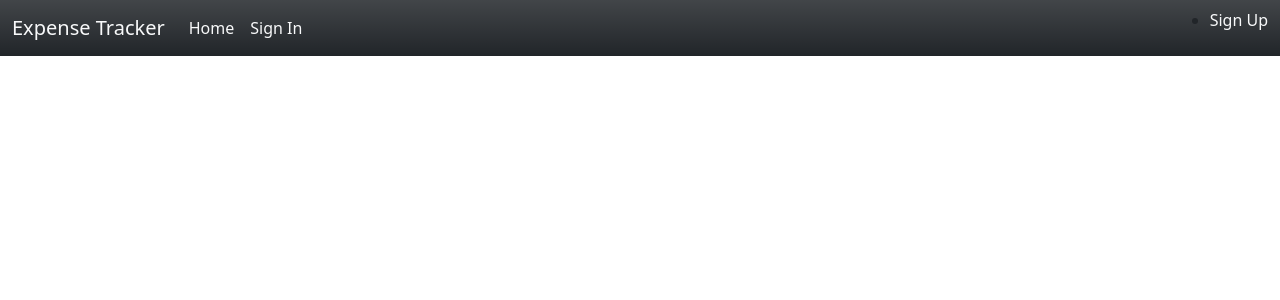
Repository: Gaurav560/OnlineExpenseTracker
Page: http://localhost/Online_Expense_Tracker/
These files come from the project's save history. The page is drawn as it stood at one moment and after the next save; the edit follows.
The browser window is 1280 px wide. The pictures show the whole page.
The page is served by Tomcat 9. Other server files are loaded and not shown.

Above is the page before, as saved 2023-05-03 20:24:12.

### Online_Expense_Tracker/src/main/webapp/index.jsp
<%@ page language="java" contentType="text/html; charset=ISO-8859-1"
	pageEncoding="ISO-8859-1"%>
<!DOCTYPE html>
<html>
<head>
<meta charset="ISO-8859-1">
<title>Insert title here</title>
<link
	href="https://cdn.jsdelivr.net/npm/bootstrap@5.3.0-alpha3/dist/css/bootstrap.min.css"
	rel="stylesheet"
	integrity="sha384-KK94CHFLLe+nY2dmCWGMq91rCGa5gtU4mk92HdvYe+M/SXH301p5ILy+dN9+nJOZ"
	crossorigin="anonymous">
</head>
<body>

	<!--Navbar starts here  -->


	<nav class="navbar navbar-expand-lg bg-dark  bg-gradient">
		<div class="container-fluid">
			<a class="navbar-brand text-light" href="#">Expense Tracker</a>
			<button class="navbar-toggler" type="button"
				data-bs-toggle="collapse" data-bs-target="#navbarSupportedContent"
				aria-controls="navbarSupportedContent" aria-expanded="false"
				aria-label="Toggle navigation">
				<span class="navbar-toggler-icon"></span>
			</button>
			<div class="collapse navbar-collapse" id="navbarSupportedContent">
				<ul class="navbar-nav me-auto mb-2 mb-lg-0">
					<li class="nav-item"><a class="nav-link active text-light"
						aria-current="page" href="#">Home</a></li>
					<li class="nav-item"><a class="nav-link active text-light" href="#">Sign In</a></li>



				</ul>
			<ul>

					<li class="nav-item  ms-auto mb-2 mb-lg-0"><a class="nav-link active text-light " href="#">Sign Up</a></li>

			</ul>

			</div>
		</div>
	</nav>
	<!-- Navbar ends here  -->






	<script
		src="https://cdn.jsdelivr.net/npm/bootstrap@5.3.0-alpha3/dist/js/bootstrap.bundle.min.js"
		integrity="sha384-ENjdO4Dr2bkBIFxQpeoTz1HIcje39Wm4jDKdf19U8gI4ddQ3GYNS7NTKfAdVQSZe"
		crossorigin="anonymous"></script>
</body>
</html>

After the next save:
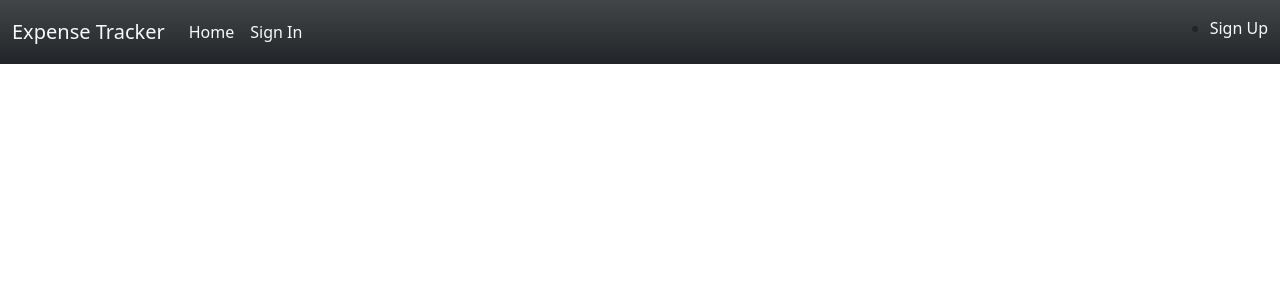
Saved 32 s later.
--- a/Online_Expense_Tracker/src/main/webapp/index.jsp
+++ b/Online_Expense_Tracker/src/main/webapp/index.jsp
@@ -36,7 +36,7 @@
 				</ul>
 			<ul>
 
-					<li class="nav-item  ms-auto mb-2 mb-lg-0"><a class="nav-link active text-light " href="#">Sign Up</a></li>
+					<li class="nav-item  ms-auto mt-2 mb-lg-0"><a class="nav-link active text-light " href="#">Sign Up</a></li>
 
 			</ul>
 
